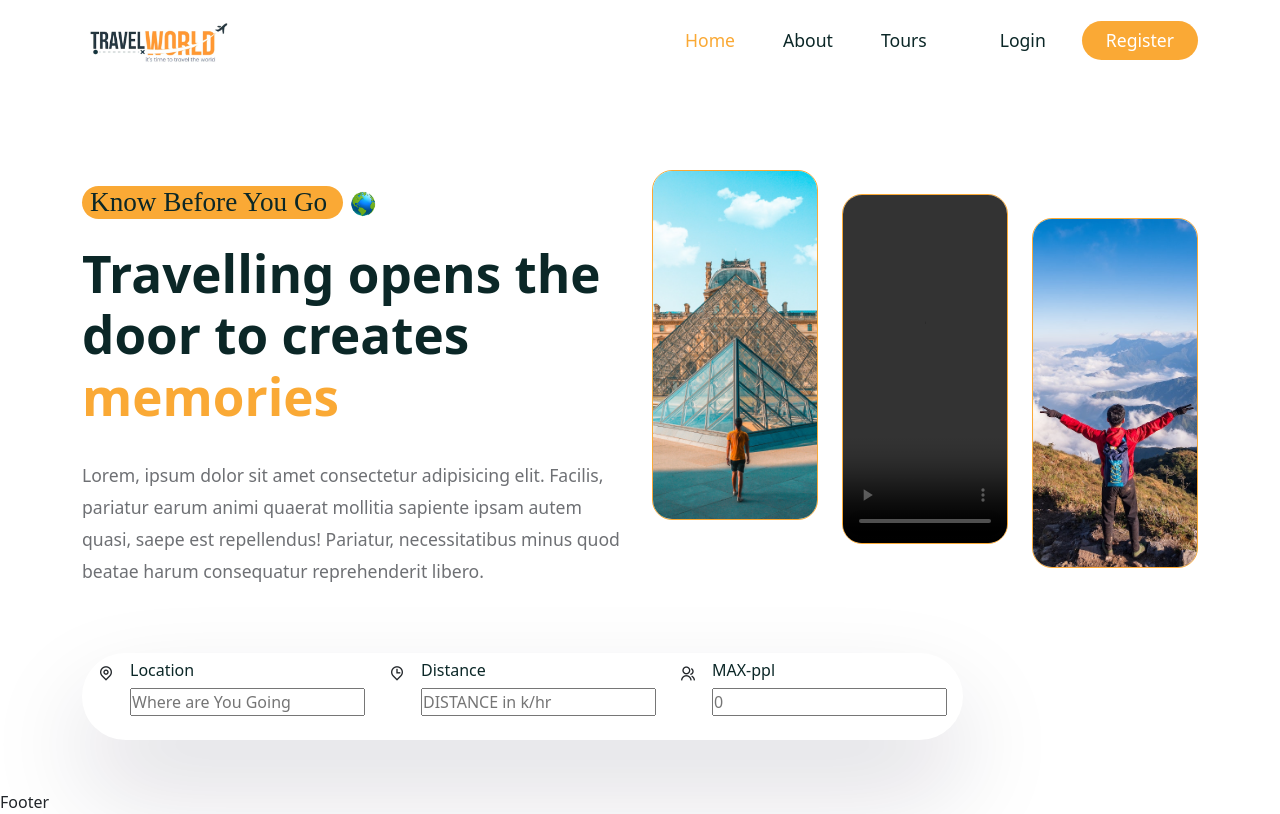
Repository: remydev47/travell-agency
Page: /
An editor plug-in stored every save of this project. The page is shown before and after the next save, followed by the edit.
The browser window is 1280 px wide. The pictures show the whole page.
Pictures or frames that could not be fetched are drawn as grey boxes. Some web fonts or font styles are not loaded; a fallback is used. The project was rebuilt for these pictures with package versions that can differ from the ones it lists, and the page was loaded fresh each time. Also part of the build but not shown: vite.config.js, src/pages/Login.jsx, src/pages/TourDetails.jsx, src/pages/Tours.jsx, src/pages/SearchResultList.jsx, src/pages/Register.jsx. Imported but missing from the stored project, and not drawn on this page: src/assets/images/hero-video.mp4.

Above is the page before, as saved 2023-01-31 12:26:08.

### src/main.jsx
import React from 'react'
import ReactDOM from 'react-dom/client'
import App from './App'
import "bootstrap/dist/css/bootstrap.min.css";
import "remixicon/fonts/remixicon.css";
import "slick-carousel/slick/slick.css";
import "slick-carousel/slick/slick-theme.css";
import { BrowserRouter } from 'react-router-dom';

ReactDOM.createRoot(document.getElementById('root')).render(
  <React.StrictMode>
    <BrowserRouter>
      <App />
    </BrowserRouter>
  </React.StrictMode>,
)

### src/App.jsx
import { useState } from 'react'
import './App.css'
import Layout from './components/Layout/Layout'

function App() {
  return (
    <>
      <Layout />
    </>
  )
}

export default App

### src/components/Layout/Layout.jsx
import React from 'react';
import Header from '../Header/Header';
import Footer from '../Footer/Footer';
import Routers from '../../router/Routers';

const Layout = () => {
  return (
   <>
     <Header />
     <Routers />
     <Footer />
   </>
  )
}

export default Layout

### src/components/Header/Header.jsx
import React from 'react';
import { Container, Row, Button } from 'reactstrap';
import { NavLink, Link  } from 'react-router-dom';
import logo from "../../assets/images/logo.png";
import './header.css';

const nav__links=[
  {
    path:'/home',
    display: 'Home'
  },
  {
    path:'/about',
    display: 'About'
  },
  {
    path:'/tours',
    display: 'Tours'
  },
]

const Header = () => {
  return (
    <header className="header">
      <Container>
        <Row>
          <div className="nav__wrapper d-flex align-items-center
           justify-content-between ">
            {/* Logo start */}
            <div className="logo">
              <img src={logo} />
            </div>
            {/* Logo ends */}

            {/* menu starts */}
            <div className="navigation">
              <ul className="menu d-flex align-items-center gap-5">
                {nav__links.map((item, index) => (
                  <li className="nav__item" key={index}>
                    <NavLink
                     to={item.path}
                     className={navClass=> navClass.isActive ? 'active__link' : ''}
                     >
                      {item.display}
                    </NavLink>
                  </li>
                ))}
              </ul>
            </div>
            {/* menu ends */}

            <div className="nav__right d-flex align-items-center gap-4">
              <div className="nav__btns d-flex align-items-center gap-4">
                <Button className='btn secondary__btn '>
                  <Link to="/login">Login</Link>
                </Button>

                <Button className='btn primary__btn '>
                  <Link to="/register">Register</Link>
                </Button>
              </div>
            </div>

          </div>
        </Row>
      </Container>
    </header>
  )
}

export default Header

### src/router/Routers.js
import React from 'react';
import { Routes, Route, Navigate } from 'react-router-dom';

import { SearchResultList, Tours, TourDetails, Login, Register, Home } from '../pages';

const Routers = () => {
  return (
    <Routes>
        <Route path="/" element={<Navigate to='/home' />} />
        <Route path="/home" element={<Home />} />
        <Route path="/tours" element={<Tours />} />
        <Route path="/tours:id" element={<TourDetails />} />
        <Route path="/login" element={<Login />} />
        <Route path="/register" element={<Register />} />
        <Route path="/tours/search" element={<SearchResultList />} />
    </Routes>
  )
}

export default Routers

### src/components/Header/header.css
.header{
    width: 100%;
    height: 80px;
    line-height: 80px;
}

.logo img{
    width: 30%;
}

.menu{
    margin-bottom: 0;
}

.nav__item a{
    text-decoration: none;
    color: var(--heading-color);
    font-weight: 500;
    font-size: 1.1rem;
}

.nav__item a:hover{
    color: inherit;
}

.nav__item a.active__link{
    color: var(--secondary-color);
}

.mobile__menu{
    font-size: 1.3rem;
    color: var(--heading-color);
    display: none;
}

.stick__header{
    width: 100%;
    height: 80px;
    line-height: 80px;
    background: #fff;
    position: sticky;
    top: 0;
    left: 0;
    box-shadow: 3ps 3px 8px #ddd;
    z-index: 999;
}

### src/pages/index.js
import Home from "./Home"
import Login from "./Login";
import TourDetails from "./TourDetails";
import Tours from "./Tours";
import SearchResultList from "./SearchResultList";
import Register from "./Register";

export {
    Home, Tours, TourDetails, Login, SearchResultList, Register
}

### src/pages/Home.jsx
import React from 'react';
import '../styles/home.css';
import  { Container, Row, Col } from 'reactstrap';
import heroImg from '../assets/images/hero-img01.jpg';
import heroImg02 from '../assets/images/hero-img02.jpg';
import heroVideo from '../assets/images/hero-video.mp4';
import worldImg from '../assets/images/world.png'
import Subtitle from '../shared/Subtitle';
import SearchBar from '../shared/SearchBar';

const Home = () => {
  return (
    <>
     <section>
      <Container>
        <Row>
          <Col lg="6">
            <div className='hero__content'>
              <div className="hero__subtitle d-flex align-items-center">
                <Subtitle subtitle={'Know Before You Go'}/>
                <img src={worldImg} alt=''/>
              </div>
              <h1>Travelling opens the door to creates <span className="highlight">memories</span> </h1>
              <p className="">Lorem, ipsum dolor sit amet consectetur adipisicing elit. Facilis, pariatur earum animi quaerat mollitia sapiente ipsam autem quasi, saepe est repellendus! Pariatur, necessitatibus minus quod beatae harum consequatur reprehenderit libero.</p>
            </div>
          </Col>

          <Col lg='2'>
            <div className="hero__img-box">
              <img src={heroImg} alt=''/>
            </div>
          </Col>

          <Col lg='2'>
            <div className="hero__img-box mt-4">
              <video src={heroVideo} alt='' controls/>
            </div>
          </Col>

          <Col lg='2'>
            <div className="hero__img-box mt-5">
              <img src={heroImg02} alt=''/>
            </div>
          </Col>

          <SearchBar />

        </Row>
      </Container>
     </section>
    </>
  )
}

export default Home

### src/styles/home.css
.hero__subtitle img{
    width: 2.5rem;
    height: 2.5rem;
}

.hero__content h1{
    font-size: 3.2rem;
    font-weight: 600;
    margin-top: 1rem;
    margin-bottom: 2rem;
    color: var(--heading-color);
}

.hero__content h1 .highlight{
    color: var(--secondary-color);
}

.hero__content p{
    font-size: 1.1rem;
    color: var(--text-color);
    line-height: 2rem;
}

.hero__img-box img,
.hero__img-box video {
    width: 100%;
    height: 350px;
    border-radius: 20px;
    border: 1px solid var(--secondary-color);
    object-fit: cover;
}

.hero__content{
    padding-top: 3.5rem;
}

.hero__img-box{
    padding-top: 2.5rem;
}

### src/shared/Subtitle.jsx
import React from 'react'

const Subtitle = ({ subtitle }) => {
  return (
    <h3 className='section__subtitle'>{subtitle}</h3>
  )
}

export default Subtitle

### src/shared/SearchBar.jsx
import React from 'react'
import './search-bar.css'
import { Col, Form, FormGroup } from 'reactstrap'

const SearchBar = () => {
  return (
    <Col lg='12'>
        <div className="search__bar">
            <Form className='d-flex align-items-center gap-4'>
                <FormGroup className='d-flex gap-3 form__group form__group-fast'>
                    <span><i class="ri-map-pin-line"></i></span>
                    <div>
                        <h6>Location</h6>
                        <input type="text" placeholder="Where are You Going" />
                    </div>
                </FormGroup>

                <FormGroup className='d-flex gap-3 form__group form__group-fast'>
                    <span><i class="ri-map-pin-time-line"></i></span>
                    <div>
                        <h6>Distance</h6>
                        <input type="number" placeholder="DISTANCE in k/hr" />
                    </div>
                </FormGroup>

                <FormGroup className='d-flex gap-3 form__group form__group-last'>
                    <span><i class="ri-group-line"></i></span>
                    <div>
                        <h6>MAX-ppl</h6>
                        <input type="number" placeholder="0" />
                    </div>
                </FormGroup>
            </Form>
        </div>
    </Col>
  )
}

export default SearchBar

### src/shared/search-bar.css
.search__bar{
    padding: 0.5rem 1rem;
    border-radius: 50px;
    box-shadow: rgba(17, 12, 46, 0.15) 0px 48px 100px 0px;
    width: max-content;
    margin-top: 50px;
}

Loaded but not shown: index.html (common file); src/App.css (common file); src/components/Footer/Footer.jsx (common file)

After the next save:
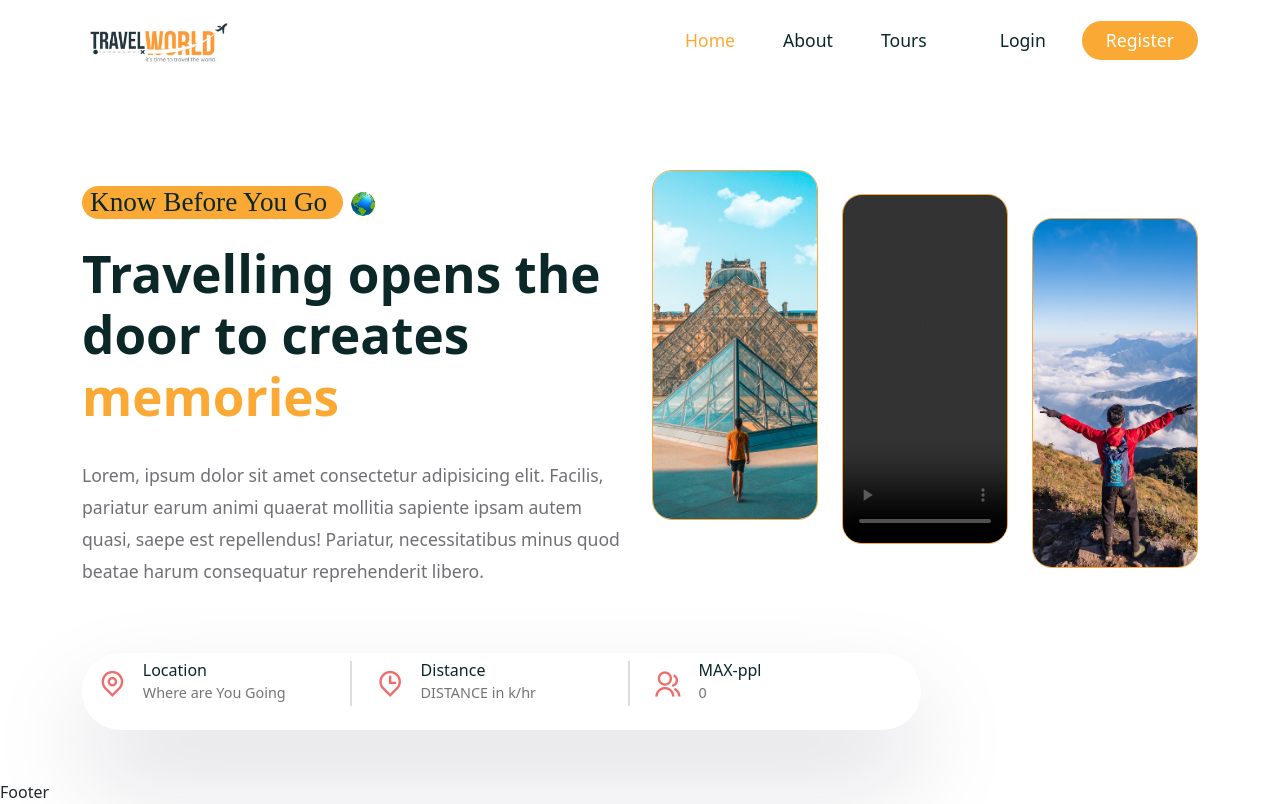
Saved 5 min 49 s later.
--- a/src/shared/search-bar.css
+++ b/src/shared/search-bar.css
@@ -5,3 +5,26 @@
     width: max-content;
     margin-top: 50px;
 }
+
+.form__group span{
+    font-size: 1.8rem;
+    color:#ee6e6e ;
+}
+
+.form__group input {
+    border: none;
+    font-size: 0.9rem;
+    color: var(--heading-color);
+}
+
+.form__group input:focus{
+    outline: none;
+}
+
+.form__group h6{
+    margin-bottom: 0;
+}
+
+.form__group-fast{
+    border-right: 2px solid #ddd;
+}
